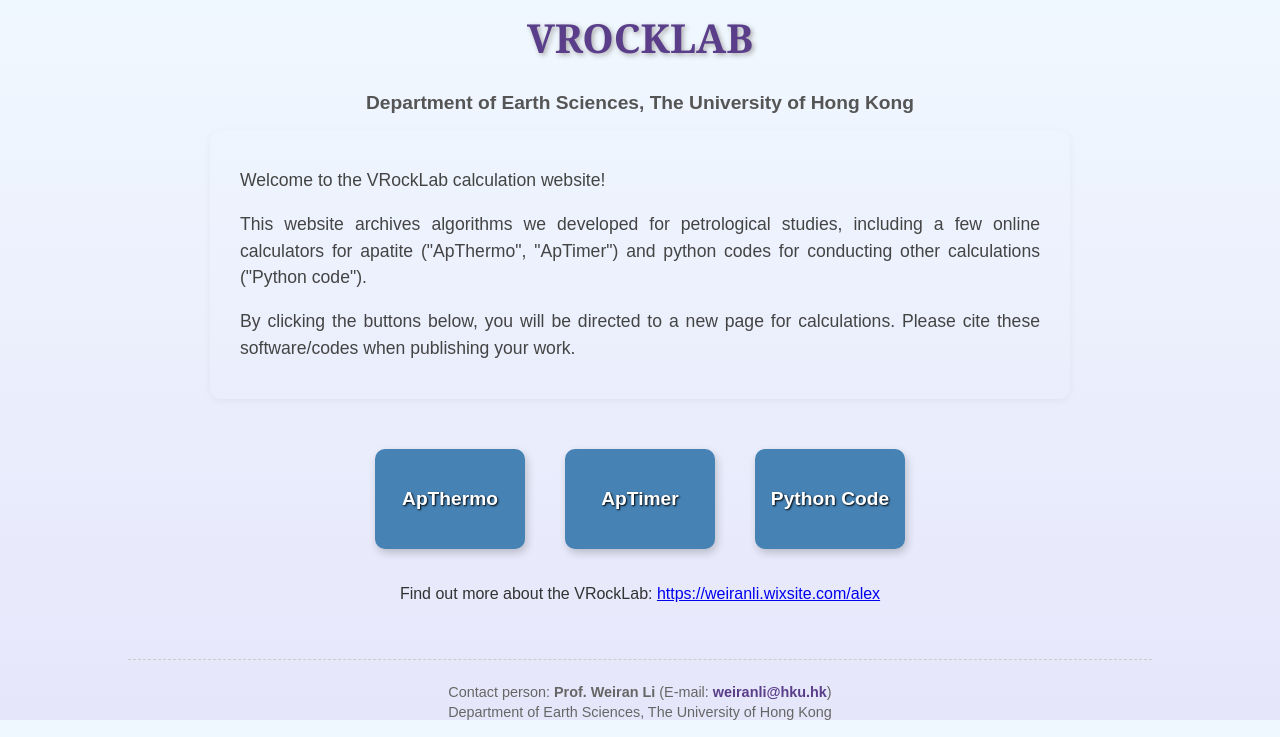
Repository: Abyss2019/home_page
Page: index.html
An editor plug-in stored every save of this project. The page is shown before and after the next save, followed by the edit.
The browser window is 1280 px wide. The pictures show the whole page.

Above is the page before, as saved 2025-04-06 10:46:04.

After the next save:
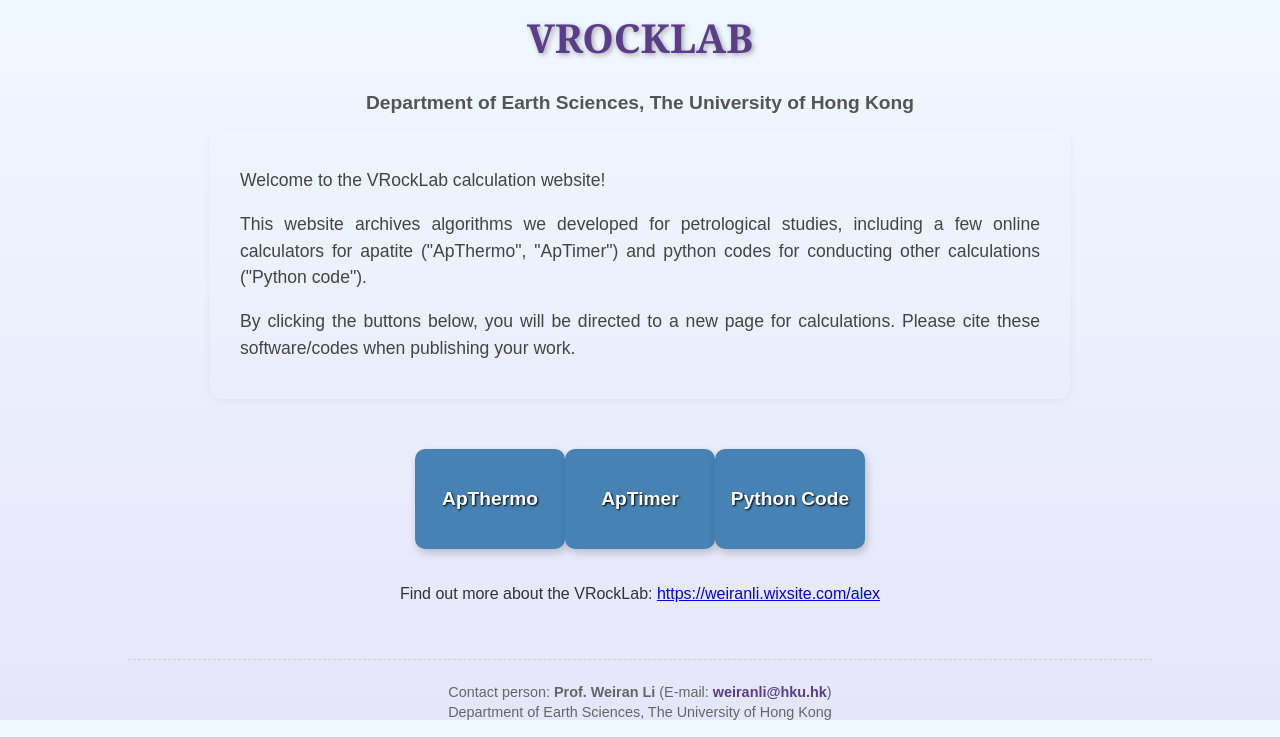
Saved 21 s later.
--- a/index.html
+++ b/index.html
@@ -59,7 +59,8 @@
 
         .buttons-container {
             display: flex;
-            gap: 40px;
+            /* gap: 40px; */
+            justify-content: justify;
             margin: 20px 0;
             margin-top: 50px;
         }

After the 2 saves that followed:
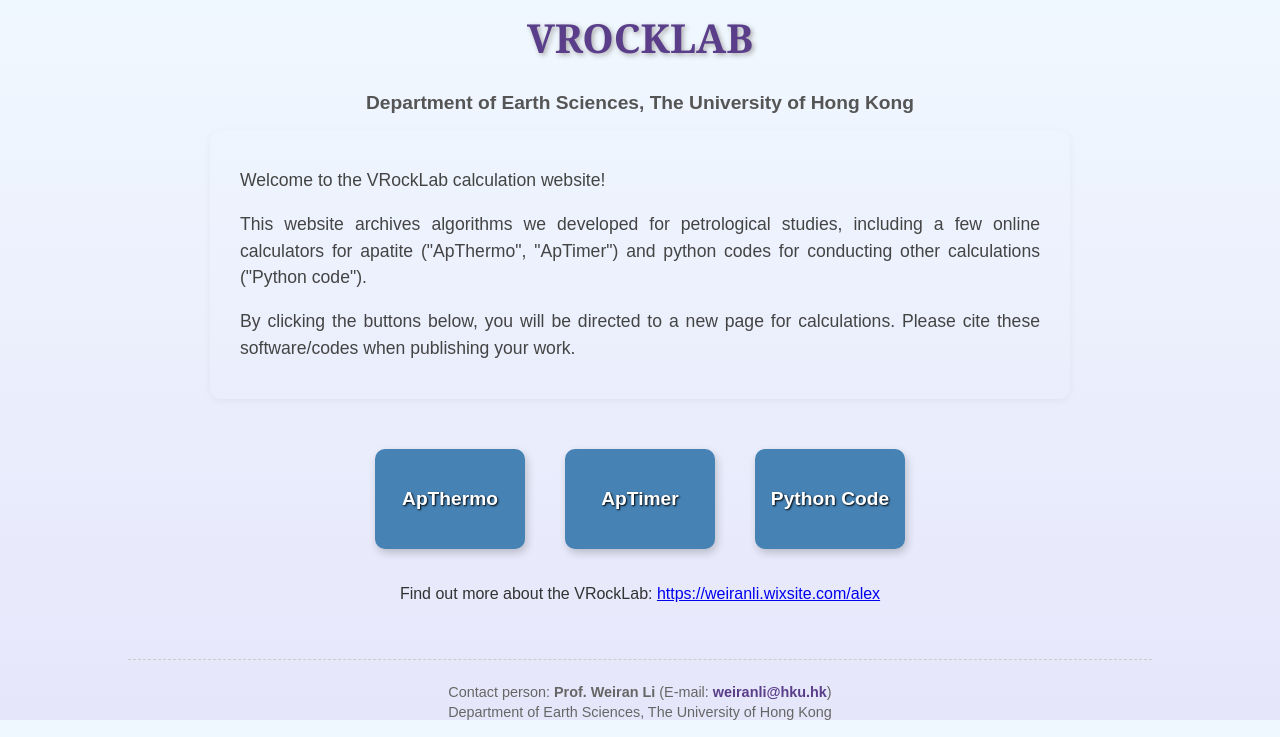
The 2 saves are shown as one change because 1 left the picture as it was.
The last was saved 18 s later.
--- a/index.html
+++ b/index.html
@@ -59,8 +59,8 @@
 
         .buttons-container {
             display: flex;
-            /* gap: 40px; */
-            justify-content: justify;
+            gap: 40px;
+            justify-content: center;
             margin: 20px 0;
             margin-top: 50px;
         }
